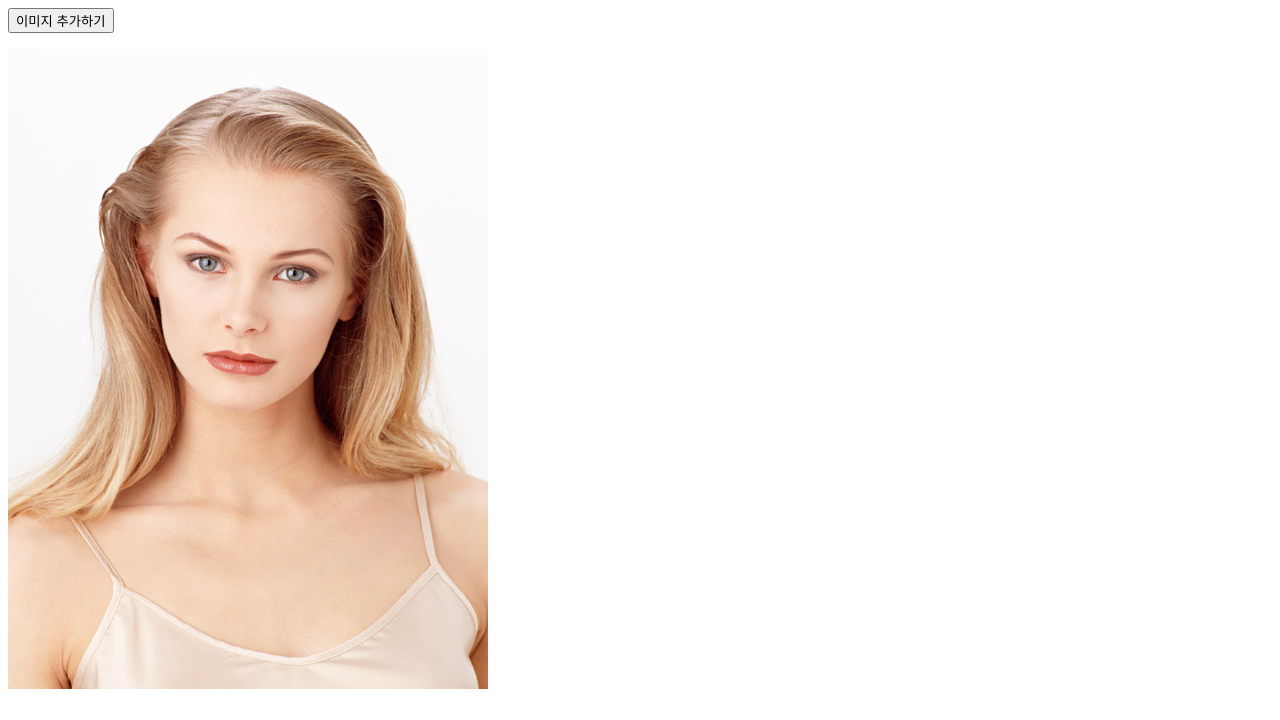
Repository: taeeun2/java_web
Page: webapp/WebContent/lecture/book/jQuery4.html
The author's editor kept a copy of each file at every save. The page is drawn from the files as they stood at one save, then again after the next save.
The browser window is 1280 px wide. The pictures show the whole page.

Above is the page before, as saved 2021-09-30 08:09:41.

### webapp/WebContent/lecture/book/jQuery4.html
<!DOCTYPE html>
<html>
<head>
<meta charset="EUC-KR">
<title>Insert title here</title>
<script src = "http://code.jquery.com/jquery-latest.min.js"></script>
<script type="text/javascript">
	function addImage(){
		$("div").html("<img src = '../../Shopingmall/images/model.jpg'>");
	}
</script>
</head>
<body>
<div></div>
<input type = "button" value = "이미지 추가하기" onclick = "addImage()"/>
<p><img src = '../../Shopingmall/images/model.jpg'></p>
</body>
</html>

After the next save:
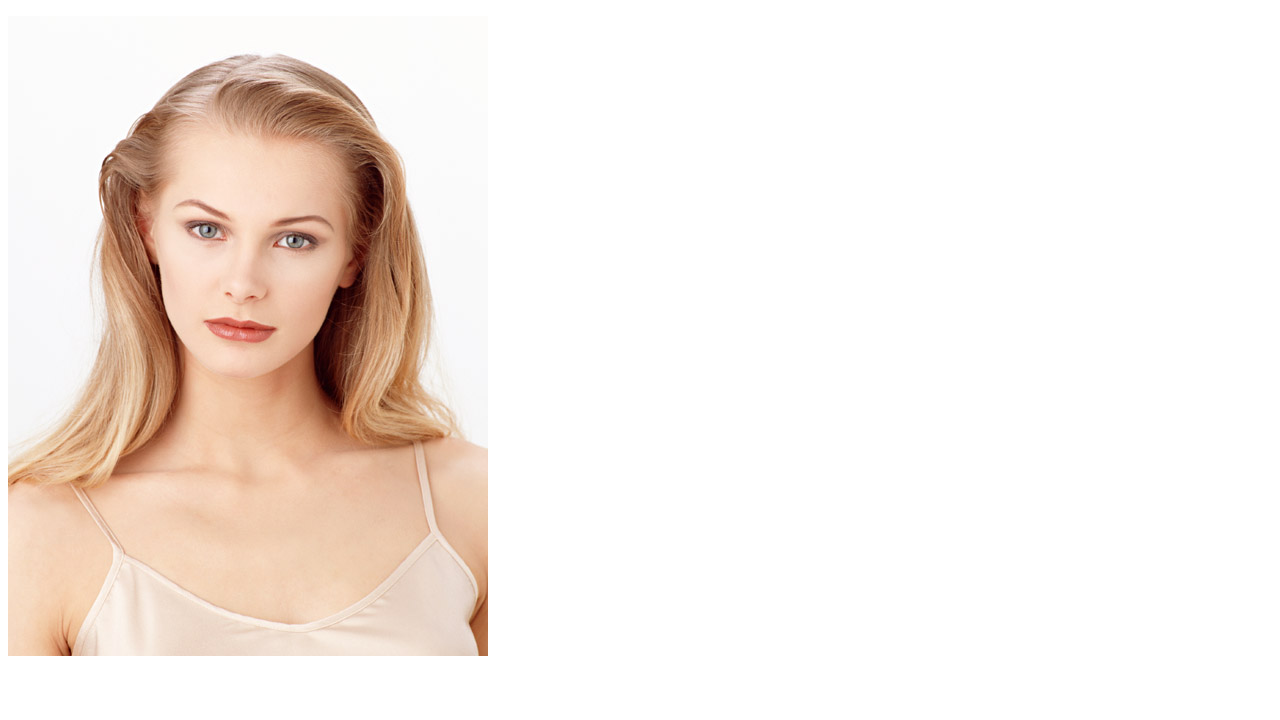
Saved 27 s later.
--- a/webapp/WebContent/lecture/book/jQuery4.html
+++ b/webapp/WebContent/lecture/book/jQuery4.html
@@ -12,7 +12,7 @@
 </head>
 <body>
 <div></div>
-<input type = "button" value = "이미지 추가하기" onclick = "addImage()"/>
-<p><img src = '../../Shopingmall/images/model.jpg'></p>
+<!-- <input type = "button" value = "이미지 추가하기" onclick = "addImage()"/>
+ --><p><img src = '../../Shopingmall/images/model.jpg'></p>
 </body>
 </html>
